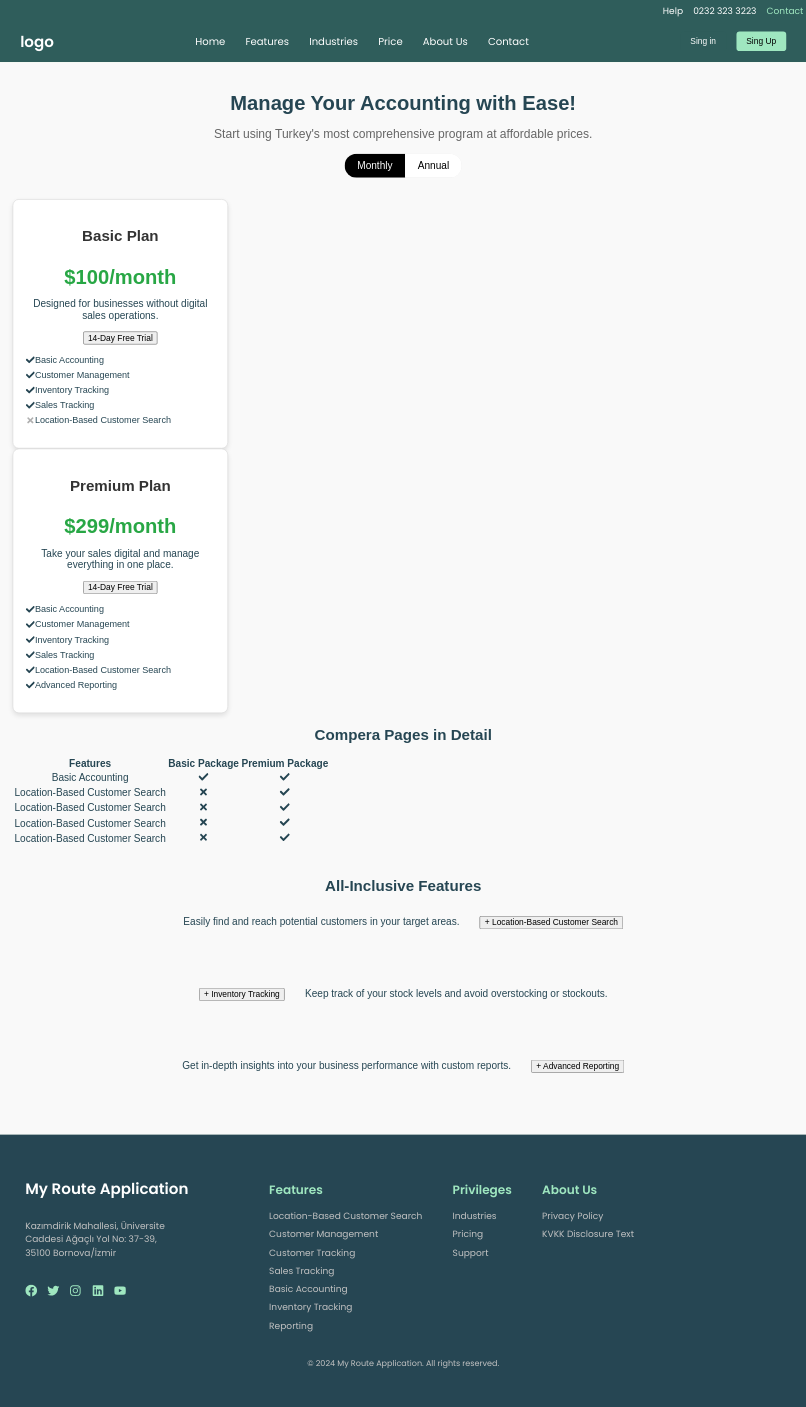
Repository: senolinanyasar/myrouteapplication
Page: /pricing
These files come from the project's save history. The page is drawn as it stood at one moment and after the next save; the edit follows.
The browser window is 1280 px wide. The pictures show the whole page, at 63% of full size.
The project was rebuilt for these pictures with package versions that can differ from the ones it lists, and the page was loaded fresh each time. Also part of the build but not shown: vite.config.js, src/components/HeroSection.css, src/components/HeroSection.js, src/components/FeaturesSection.js, src/components/PricingSection.css, src/components/PricingSection.js, src/components/SupportSection.css, src/components/SupportSection.js and 3 more.

Above is the page before, as saved 2024-11-16 20:57:44.

After the next save:
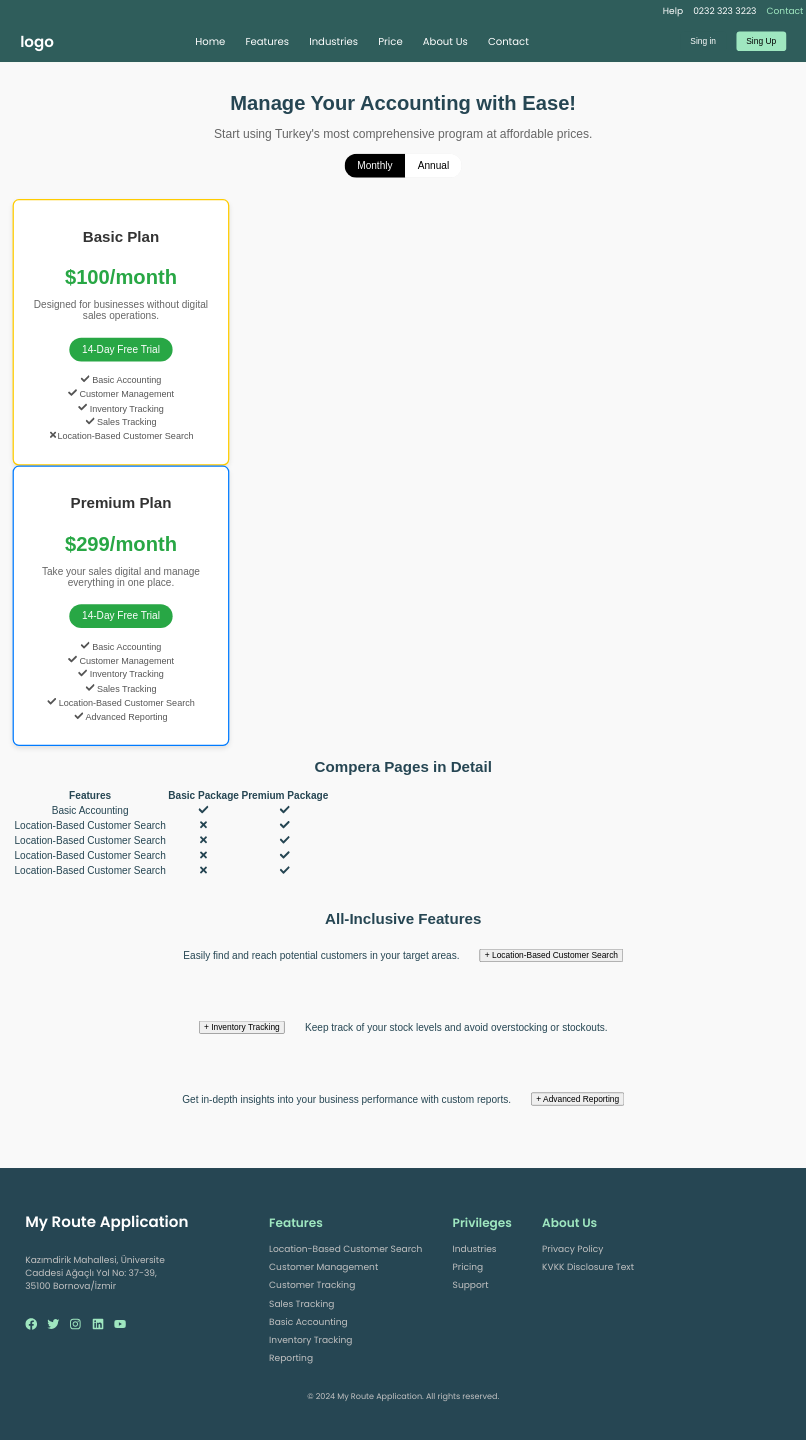
Saved 7 min 11 s later.
--- a/src/components/PricingPage.css
+++ b/src/components/PricingPage.css
@@ -78,22 +78,47 @@
     margin-bottom: 10px;
 }
 
+.plan .subtext{
+    font-size: 1rem;
+    color: #666;
+    margin-bottom: 15px;
+}
+
+
+
 .plan ul{
     list-style: none;
     padding: 0;
+    margin-top: 20px;
 }
 
-.plan li{
-    display: flex;
-    align-items: center;
+.plan ul li{
+    color: #555;
     font-size: 0.9rem;
-    margin: 0.5rem 0;
+    margin-bottom: 5px;
 }
 
-.plan .not-included{
-    color: #b0b0b0;
+.try-button{
+    background: #28a745;
+    color: #fff;
+    padding: 10px 20px;
+    border: none;
+    border-radius: 20px;
+    cursor: pointer;
+    font-size: 1rem;
+    margin-top: 10px;
+    transition: background 0.3s ease;
 }
 
+.try-button:hover{
+    background: #218838;
+}
+.basic-plan{
+    border: 2px solid #ffcc00;
+}
+.premium-plan{
+    border: 2px solid #007bff;
+}
 .comprasion-table{
     margin-top: 3rem;
 }
